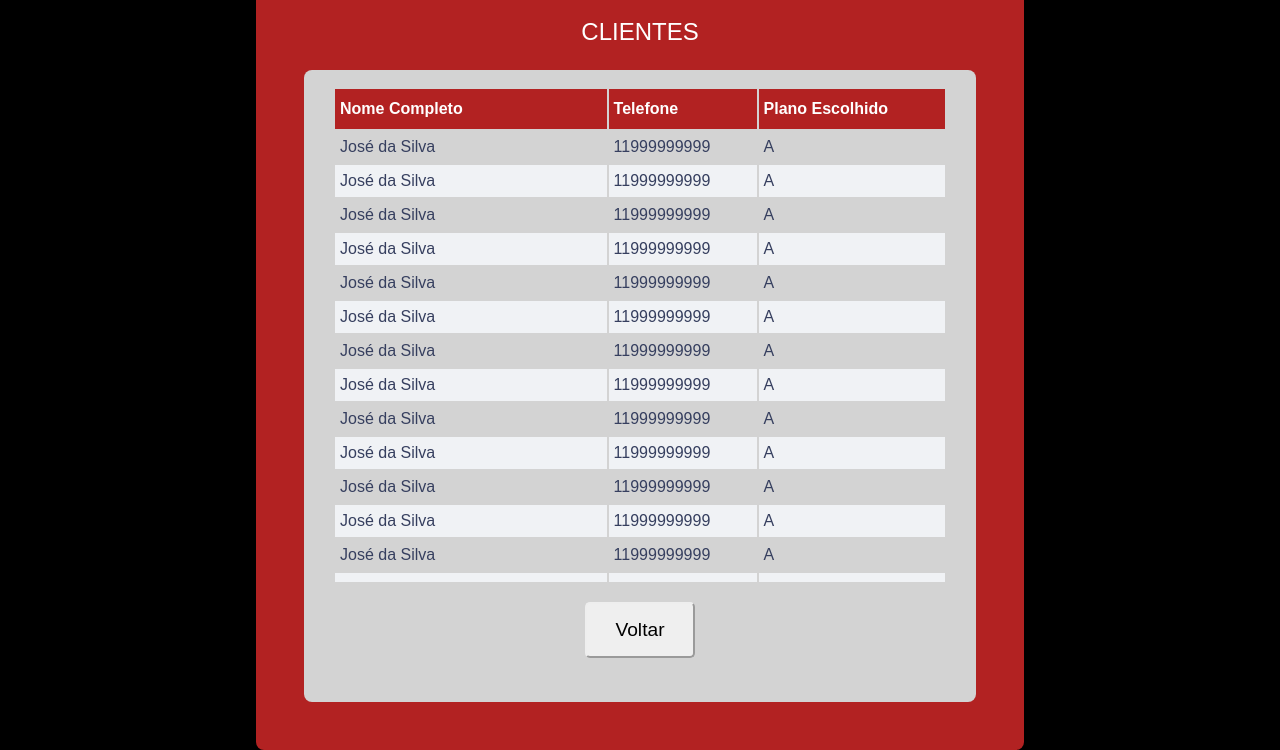
Repository: samantaProspero/projeto_integrador
Page: Versão Atual/PI_Vanila/clientes.html
An editor plug-in stored every save of this project. The page is shown before and after the next save, followed by the edit.
The browser window is 1280 px wide. The pictures show the whole page.
An inner scrolling area shows only its first screen.

Above is the page before, as saved 2021-11-06 15:21:58.

After the next save:
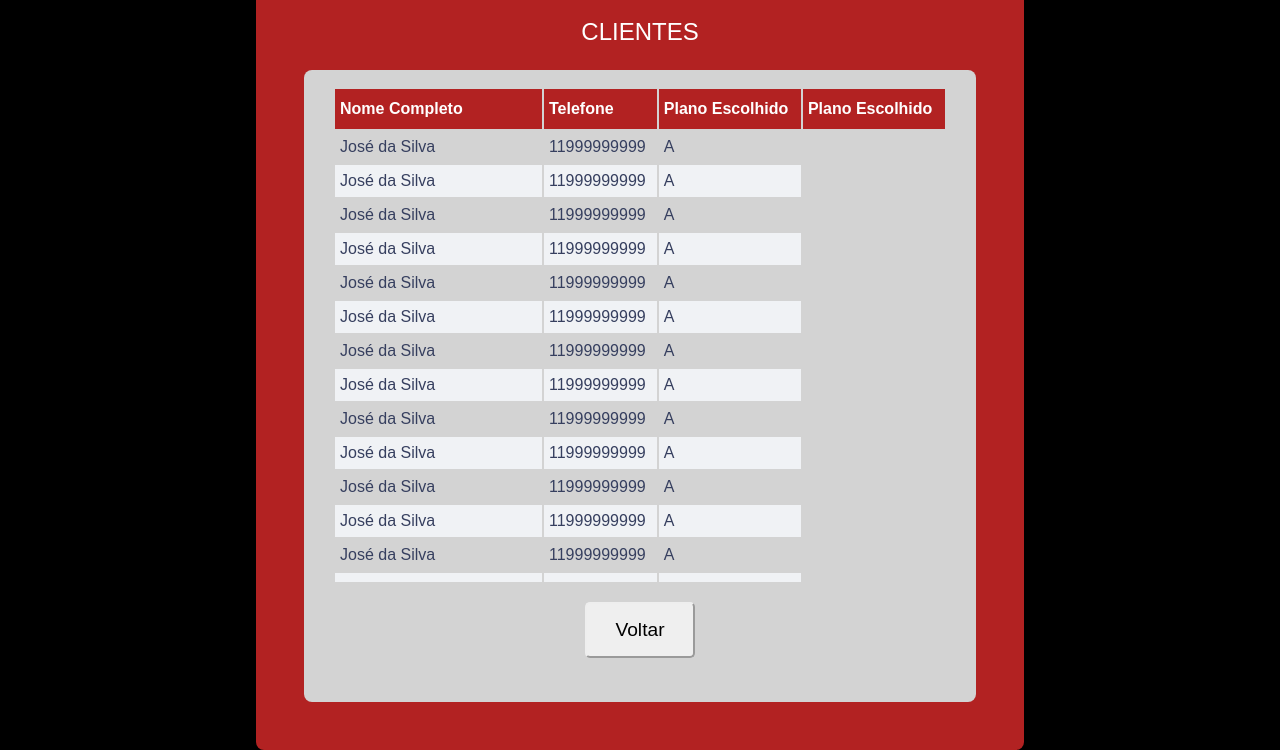
Saved 6 min 54 s later.
--- a/Versão Atual/PI_Vanila/clientes.html
+++ b/Versão Atual/PI_Vanila/clientes.html
@@ -19,6 +19,7 @@
             <thead>
               <th>Nome Completo</th>
               <th>Telefone</th>
+              <th>Plano Escolhido</th>
               <th>Plano Escolhido</th>
             </thead>
             <tbody>
